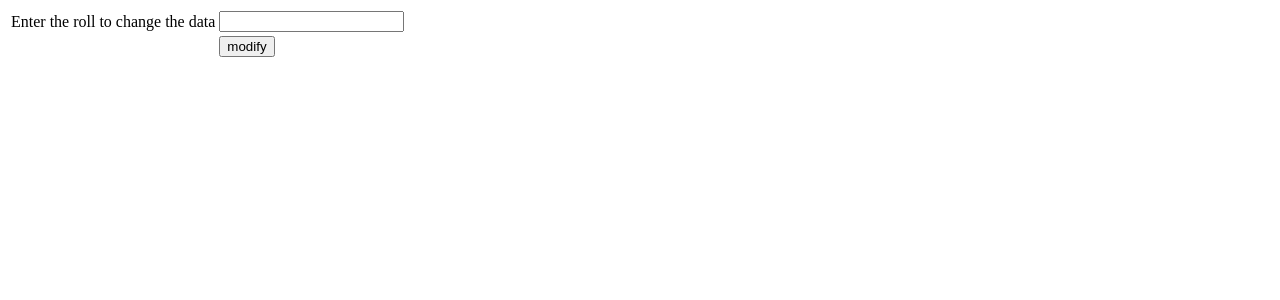
Repository: jks2127/SMS-webApp
Page: sms 1.2/WebContent/Modify.html
An editor plug-in stored every save of this project. The page is shown before and after the next save, followed by the edit.
The browser window is 1280 px wide. The pictures show the whole page.

Above is the page before, as saved 2021-06-13 10:50:05.

After the next save:
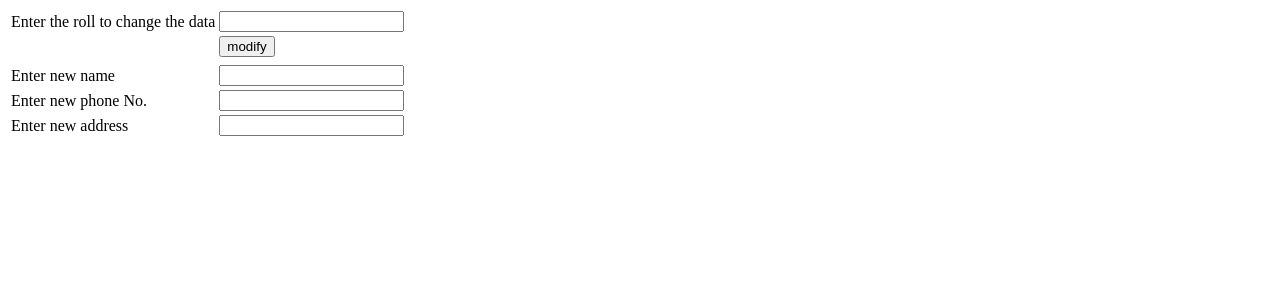
Saved 7 min 17 s later.
--- a/sms 1.2/WebContent/Modify.html
+++ b/sms 1.2/WebContent/Modify.html
@@ -15,6 +15,20 @@
 				<td></td>
 				<td><button type="submit">modify</button></td>
 			</tr>
+			<tr></tr>
+			<tr></tr>
+			<tr>
+				<td>Enter new name</td>
+				<td><input type="text" name="st_name"></td>
+			</tr>
+			<tr>
+				<td>Enter new phone No.</td>
+				<td><input type="number" name="st_phone"></td>
+			</tr>
+			<tr>
+				<td>Enter new address</td>
+				<td><input type="text" name="st_address"></td>
+			</tr>
 
 		</table>
 	</form>
